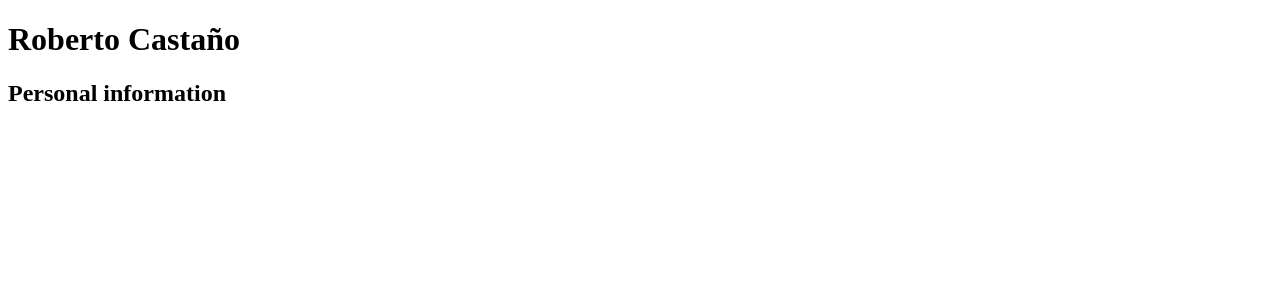
Repository: cronopi/django
Page: Training-Python-Django-0 1/ex01/cv.html
The author's editor kept a copy of each file at every save. The page is drawn from the files as they stood at one save, then again after the next save.
The browser window is 1280 px wide. The pictures show the whole page.

Above is the page before, as saved 2026-03-10 11:57:17.

### Training-Python-Django-0 1/ex01/cv.html
<!DOCTYPE html>
<html>

<head>
	<title>Curriculum Vitae</title>
</head>

<body>
	<h1>Roberto Castaño</h1>
	<h2>Personal information</h2>
</body>

</html>

After the next save:
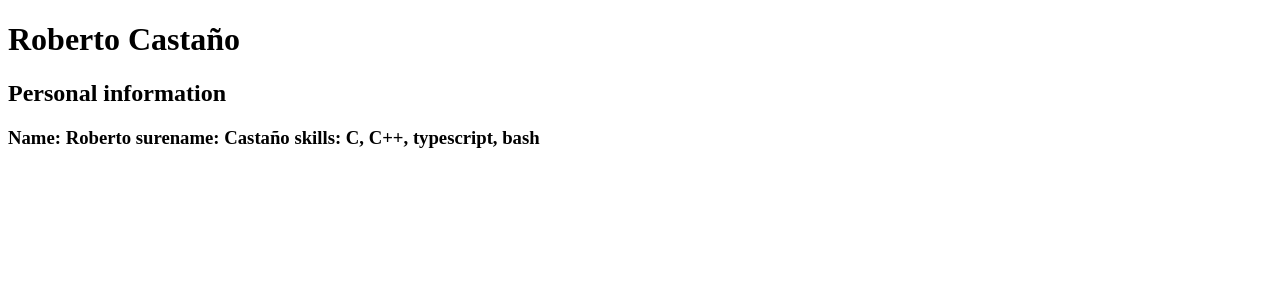
Saved 100 s later.
--- a/Training-Python-Django-0 1/ex01/cv.html
+++ b/Training-Python-Django-0 1/ex01/cv.html
@@ -8,6 +8,11 @@
 <body>
 	<h1>Roberto Castaño</h1>
 	<h2>Personal information</h2>
+	<h3>
+		Name: Roberto
+		surename: Castaño
+		skills: C, C++, typescript, bash
+	</h3>
 </body>
 
 </html>
